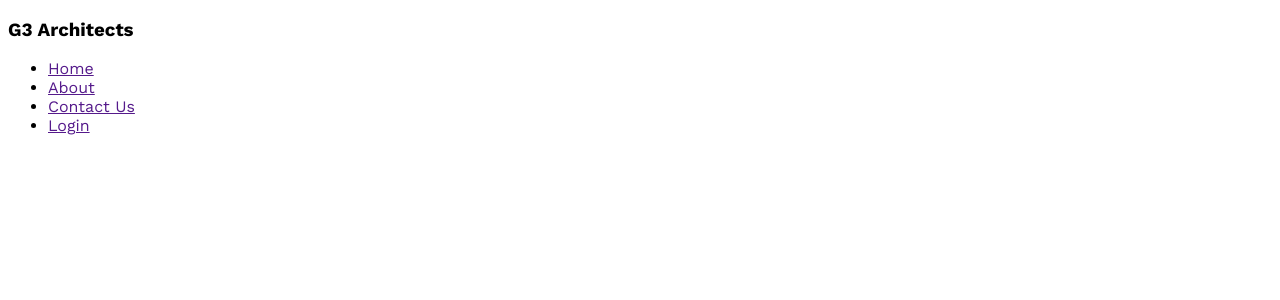
Repository: dollyrakhe22/g3-architects-website
Page: index.html
An editor plug-in stored every save of this project. The page is shown before and after the next save, followed by the edit.
The browser window is 1280 px wide. The pictures show the whole page.

Above is the page before, as saved 2025-07-18 15:01:05.

After the next save:
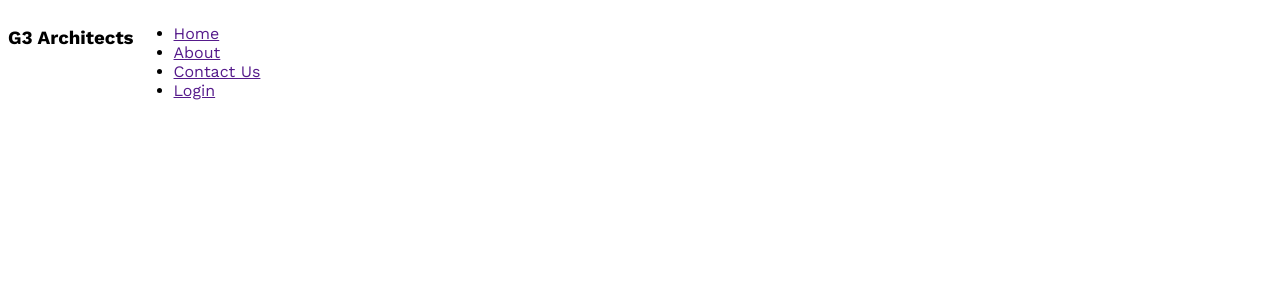
Saved 3 min 1 s later.
--- a/style.css
+++ b/style.css
@@ -6,3 +6,13 @@
   font-weight: 400px;
   font-style: normal;
 }
+/*shared styles*/
+
+
+/*header styles*/
+
+
+/*navbar related styles*/
+.navbar{
+  display: flex;
+}
